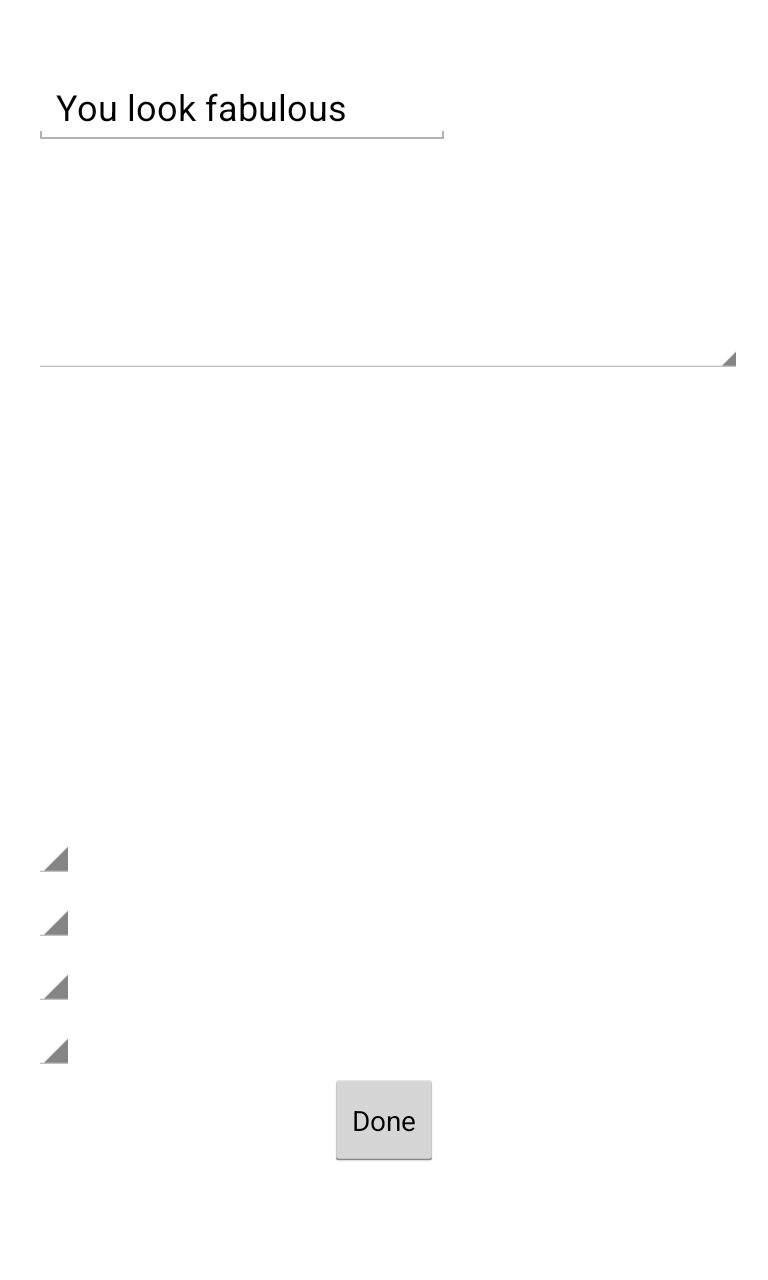
Repository: rtyanas/MyPics
Layout: workspace/MyPic/res/layout/activity_settings.xml
An editor plug-in stored every save of this project. The layout is shown before and after the next save, followed by the edit.
It is drawn on a 768 x 1280 px phone screen (xhdpi) without system bars, with theme AppTheme; the app's code is not run.

Above is the layout before, as saved 2013-12-17 19:10:56.

### workspace/MyPic/res/layout/activity_settings.xml
<RelativeLayout xmlns:android="http://schemas.android.com/apk/res/android"
    xmlns:tools="http://schemas.android.com/tools"
    android:id="@+id/message"
    android:layout_width="match_parent"
    android:layout_height="match_parent"
    android:paddingBottom="@dimen/activity_vertical_margin"
    android:paddingLeft="@dimen/activity_horizontal_margin"
    android:paddingRight="@dimen/activity_horizontal_margin"
    android:paddingTop="@dimen/activity_vertical_margin"
    tools:context=".SettingsActivity" >

    <EditText
        android:id="@+id/editText1"
        android:layout_width="wrap_content"
        android:layout_height="wrap_content"
        android:layout_alignParentTop="true"
        android:layout_marginTop="18dp"
        android:ems="10"
        android:text="@string/fabulous" />

    <Button
        android:id="@+id/done"
        style="?android:attr/buttonStyleSmall"
        android:layout_width="wrap_content"
        android:layout_height="wrap_content"
        android:layout_alignParentBottom="true"
        android:layout_centerHorizontal="true"
        android:layout_marginBottom="40dp"
        android:text="@string/done" />

    <Spinner
        android:id="@+id/rotate"
        android:layout_width="wrap_content"
        android:layout_height="wrap_content"
        android:layout_above="@+id/done"
        android:layout_alignLeft="@+id/size" />

    <Spinner
        android:id="@+id/size"
        android:layout_width="wrap_content"
        android:layout_height="wrap_content"
        android:layout_above="@+id/rotate"
        android:layout_alignLeft="@+id/color" />

    <Spinner
        android:id="@+id/color"
        android:layout_width="wrap_content"
        android:layout_height="wrap_content"
        android:layout_above="@+id/size"
        android:layout_alignLeft="@+id/style" />

    <Spinner
        android:id="@+id/style"
        android:layout_width="wrap_content"
        android:layout_height="wrap_content"
        android:layout_above="@+id/color"
        android:layout_alignLeft="@+id/editText1" />

    <LinearLayout
        android:id="@+id/linearLayout1"
        android:layout_width="wrap_content"
        android:layout_height="wrap_content"
        android:layout_alignParentRight="true"
        android:layout_below="@+id/editText1"
        android:layout_marginTop="82dp" >

        <Spinner
            android:id="@+id/font"
            android:layout_width="361dp"
            android:layout_height="wrap_content" />
    </LinearLayout>

    <TextView
        android:id="@+id/textView1"
        android:layout_width="wrap_content"
        android:layout_height="wrap_content"
        android:layout_alignBottom="@+id/linearLayout1"
        android:layout_marginBottom="23dp"
        android:layout_toLeftOf="@+id/linearLayout1"
        android:text="@string/font" />

</RelativeLayout>

### workspace/MyPic/res/values/strings.xml
<?xml version="1.0" encoding="utf-8"?>
<resources>

    <string name="app_name">MyPic</string>
    <string name="action_settings">Settings</string>
    <string name="hello_world">Hello world!</string>
    <string name="fabulous">You look fabulous</string>
    <string name="my_pic_image">myPic Image</string>
    <string name="get_image">Get Image</string>
    <string name="title_activity_get_image">GetImageActivity</string>
    <string name="title_activity_settings">SettingsActivity</string>
    <string name="init_text">You are fabulous</string>
    <string name="done">Done</string>
    <string-array name="Fonts">
        <item >Normal</item>
        <item >Monospace</item>
        <item >Sans Serif</item>
        <item >Serif</item>
    </string-array>
    <string-array name="Color">
        <item >Black</item>
        <item >Red</item>
        <item >Green</item>
        <item >White</item>
        <item >Blue</item>
        <item >Grey</item>
        <item >Cyan</item>
        <item >Dark Gray</item>
        <item >Magenta</item>
        <item >Transparent</item>
        <item >Yellow</item>
    </string-array>
    <string-array name="Style">
        <item >Bold</item>
        <item >Bold Italic</item>
        <item >Italic</item>
        <item >Normal</item>
    </string-array>
    <string-array name="Size">
        <item >12</item>
        <item >16</item>
        <item >18</item>
        <item >24</item>
        <item >28</item>
        <item >32</item>
        <item >36</item>
        <item >40</item>
    </string-array>
    <string-array name="Rotate">
        <item >0</item>
        <item >-90</item>
        <item >90</item>
    </string-array>
        <string name="font">Font</string>

</resources>

Loaded but not shown: workspace/MyPic/res/values/styles.xml (common file); workspace/MyPic/res/values-v11/styles.xml (common file); workspace/MyPic/res/values-v14/styles.xml (common file); workspace/MyPic/res/values/dimens.xml (common file)

After the next save:
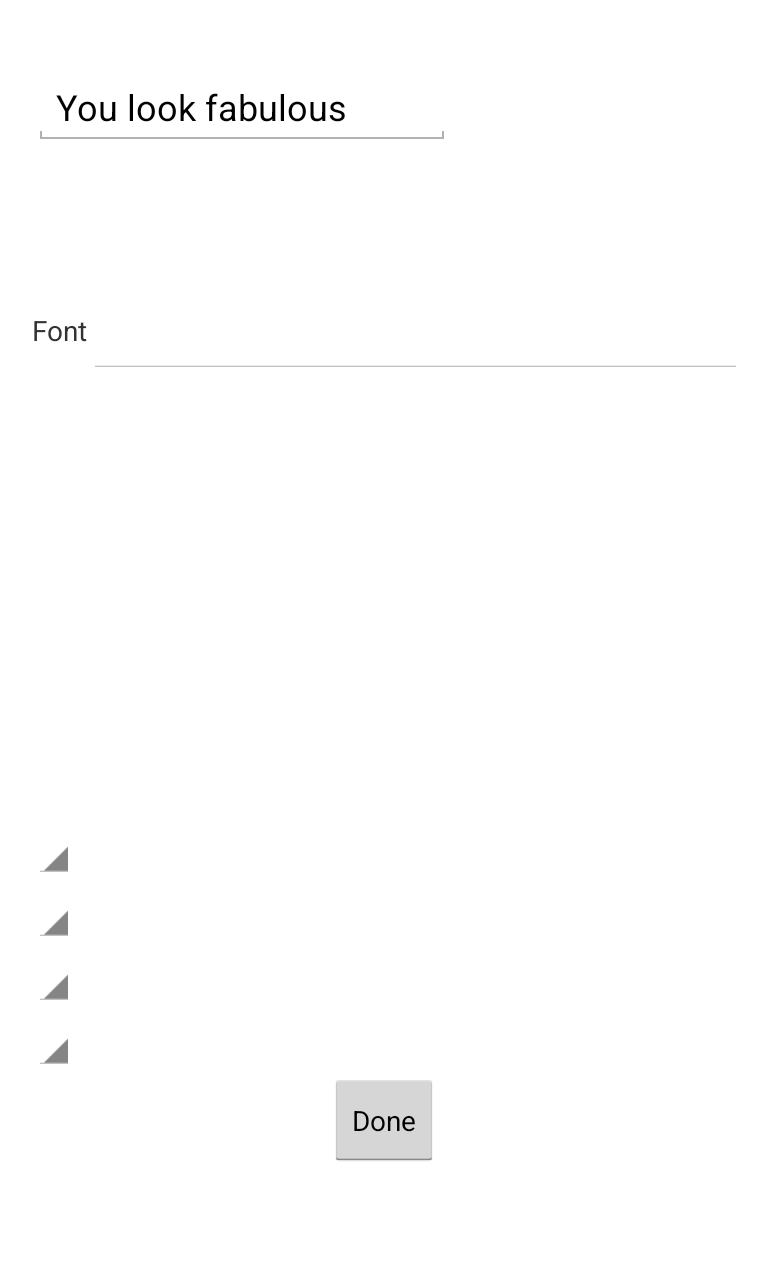
Saved 43 s later.
--- a/workspace/MyPic/res/layout/activity_settings.xml
+++ b/workspace/MyPic/res/layout/activity_settings.xml
@@ -64,19 +64,17 @@
         android:layout_below="@+id/editText1"
         android:layout_marginTop="82dp" >
 
+        <TextView
+            android:id="@+id/textView1"
+            android:layout_width="wrap_content"
+            android:layout_height="wrap_content"
+            android:layout_marginBottom="23dp"
+            android:text="@string/font" />
+
         <Spinner
             android:id="@+id/font"
             android:layout_width="361dp"
             android:layout_height="wrap_content" />
     </LinearLayout>
 
-    <TextView
-        android:id="@+id/textView1"
-        android:layout_width="wrap_content"
-        android:layout_height="wrap_content"
-        android:layout_alignBottom="@+id/linearLayout1"
-        android:layout_marginBottom="23dp"
-        android:layout_toLeftOf="@+id/linearLayout1"
-        android:text="@string/font" />
-
 </RelativeLayout>
